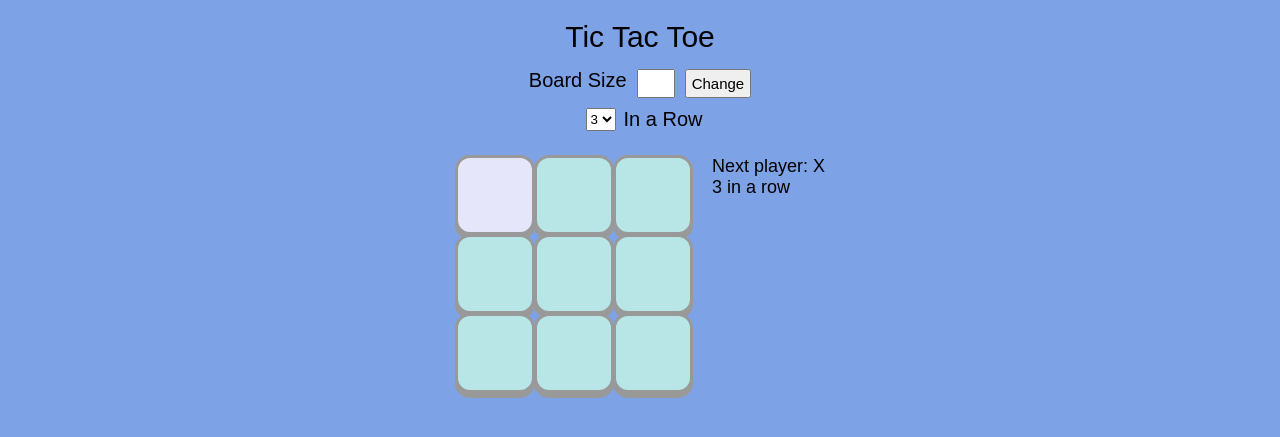
Repository: yshong211/tic-tac-toe-0708
Page: /
These files come from the project's save history. The page is drawn as it stood at one moment and after the next save; the edit follows.
The browser window is 1280 px wide. The pictures show the whole page.
The pointer rests on the first visible `.square`.
The project was rebuilt for these pictures with package versions that can differ from the ones it lists, and the page was loaded fresh each time.

Above is the page before, as saved 2020-07-09 10:23:57.

After the next save:
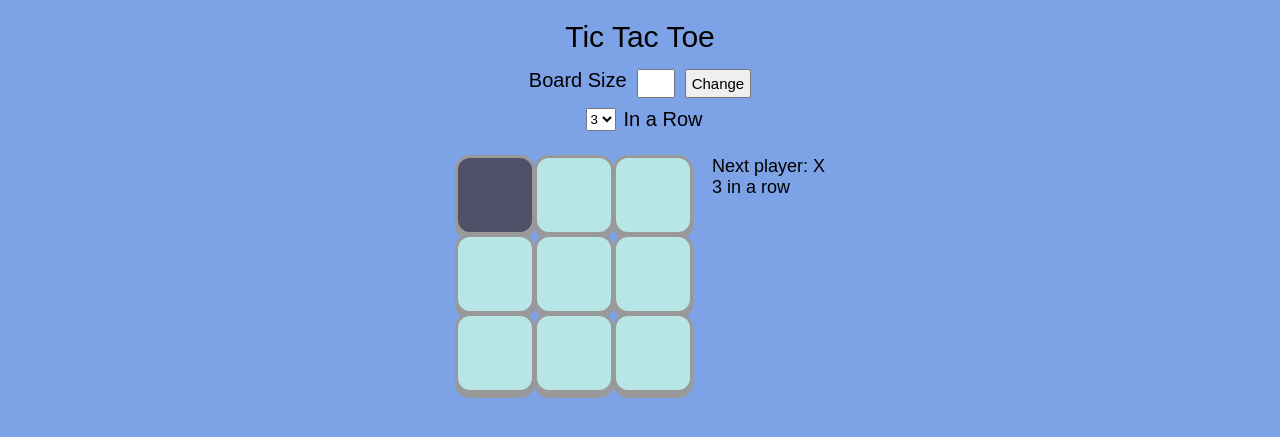
Saved 26 s later.
--- a/src/components/square/square.css
+++ b/src/components/square/square.css
@@ -18,7 +18,7 @@
 }
 
 .square:hover {
-  background-color: #e6e6fa;
+  background-color: #505069;
 }
 .square:active {
   background-color: #525252;
